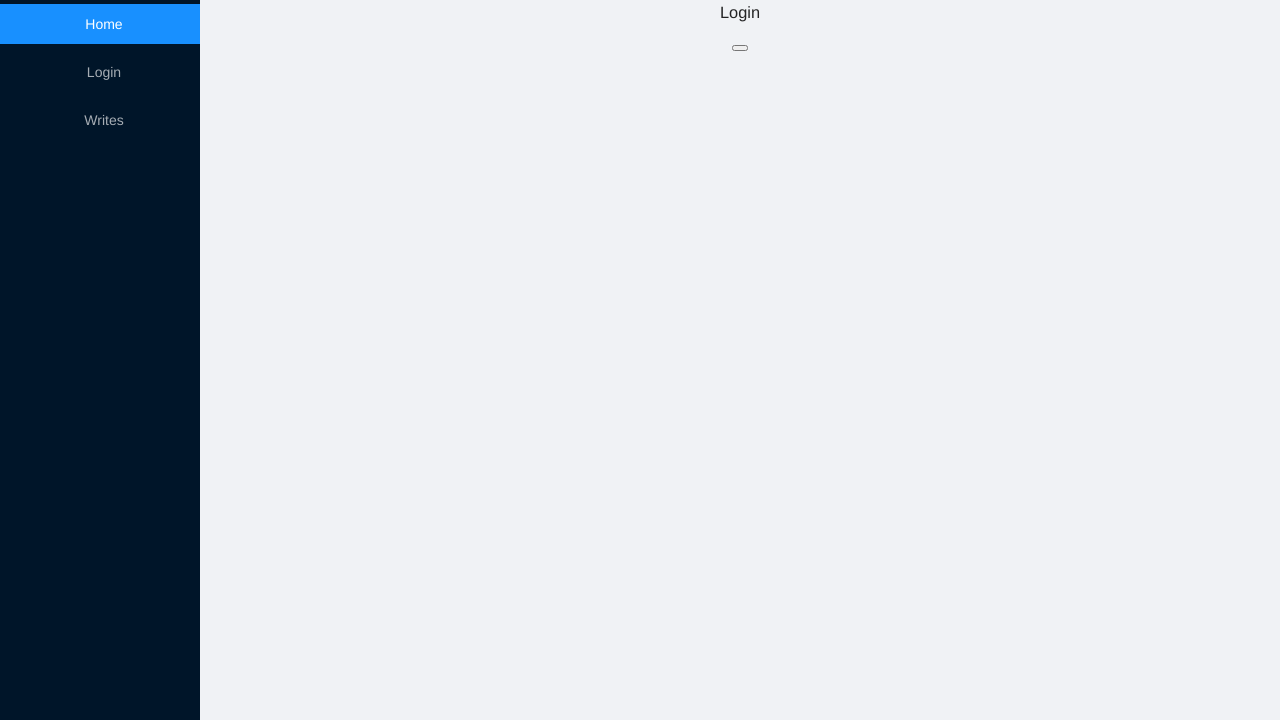
Repository: writesapp/mod
Page: /login
The author's editor kept a copy of each file at every save. The page is drawn from the files as they stood at one save, then again after the next save.
The browser window is 1280 px wide. The pictures show the whole page.
The project was rebuilt for these pictures with package versions that can differ from the ones it lists, and the page was loaded fresh each time. Also part of the build but not shown: src/views/Home.vue, src/views/Writes.vue.

Above is the page before, as saved 2020-07-09 14:28:06.

After the next save:
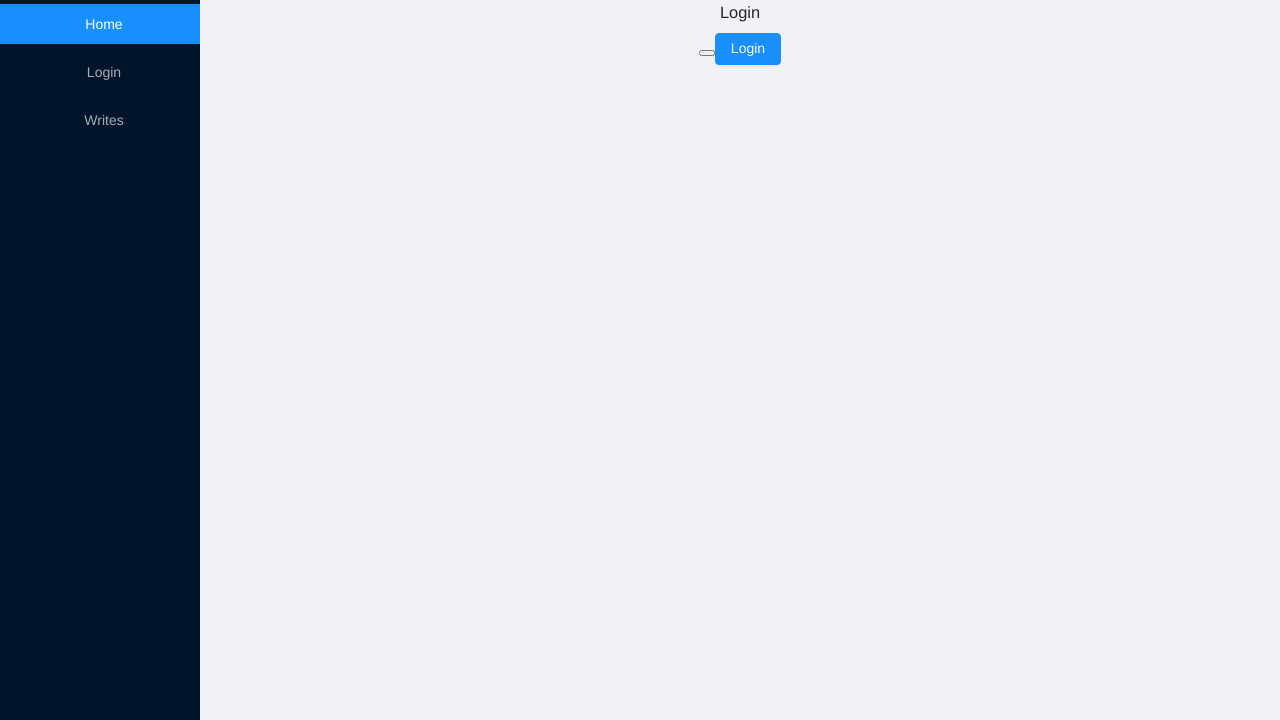
Saved 4 min 2 s later.
--- a/src/views/Login.vue
+++ b/src/views/Login.vue
@@ -2,7 +2,10 @@
   <div class="home">
     <div class="login">
       <h1>Login</h1>
-      <Button @click.native="login()"></Button>
+      <Button ></Button>
+      <a-button type="primary" @click.native="login()">
+      Login
+      </a-button>
     </div>
   </div>
 </template>
